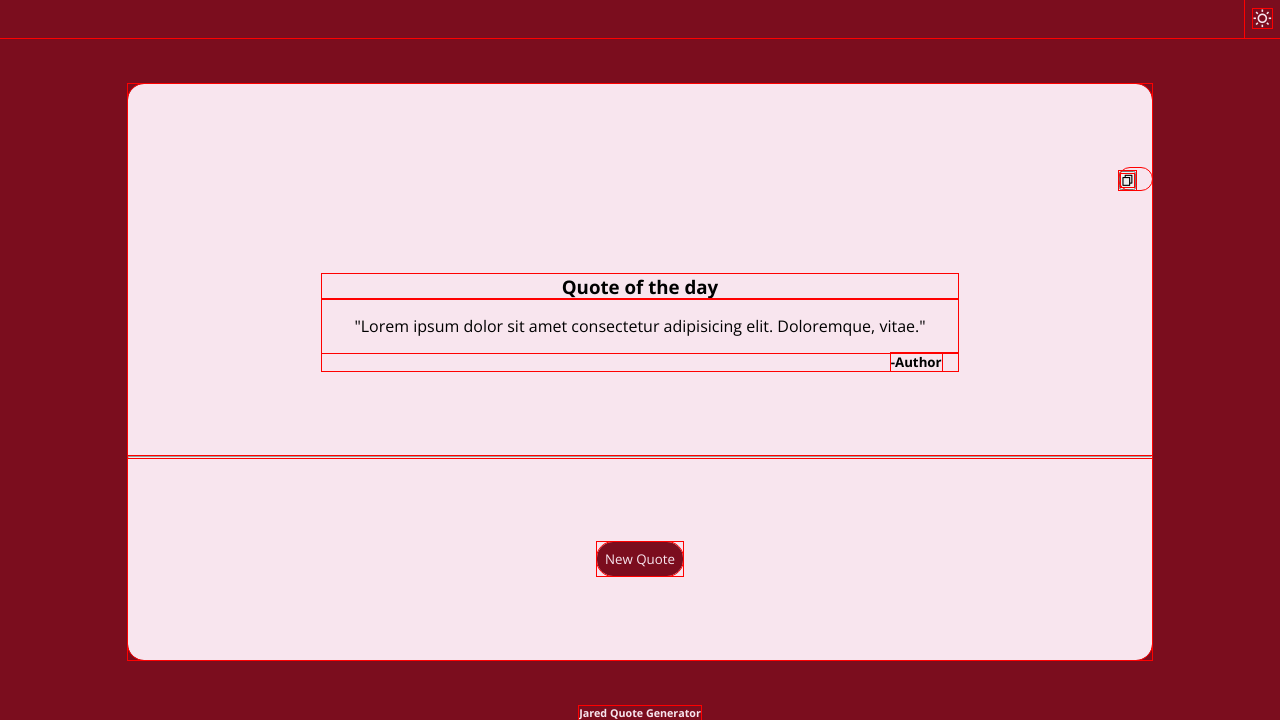
Repository: EguJaredoBoyd/Jared-Quote-Generator
Page: html/main.html
These files come from the project's save history. The page is drawn as it stood at one moment and after the next save; the edit follows.
The browser window is 1280 px wide. The pictures show the whole page.
Some web libraries are served in a nearby version.

Above is the page before, as saved 2026-01-09 20:41:38.

After the next save:
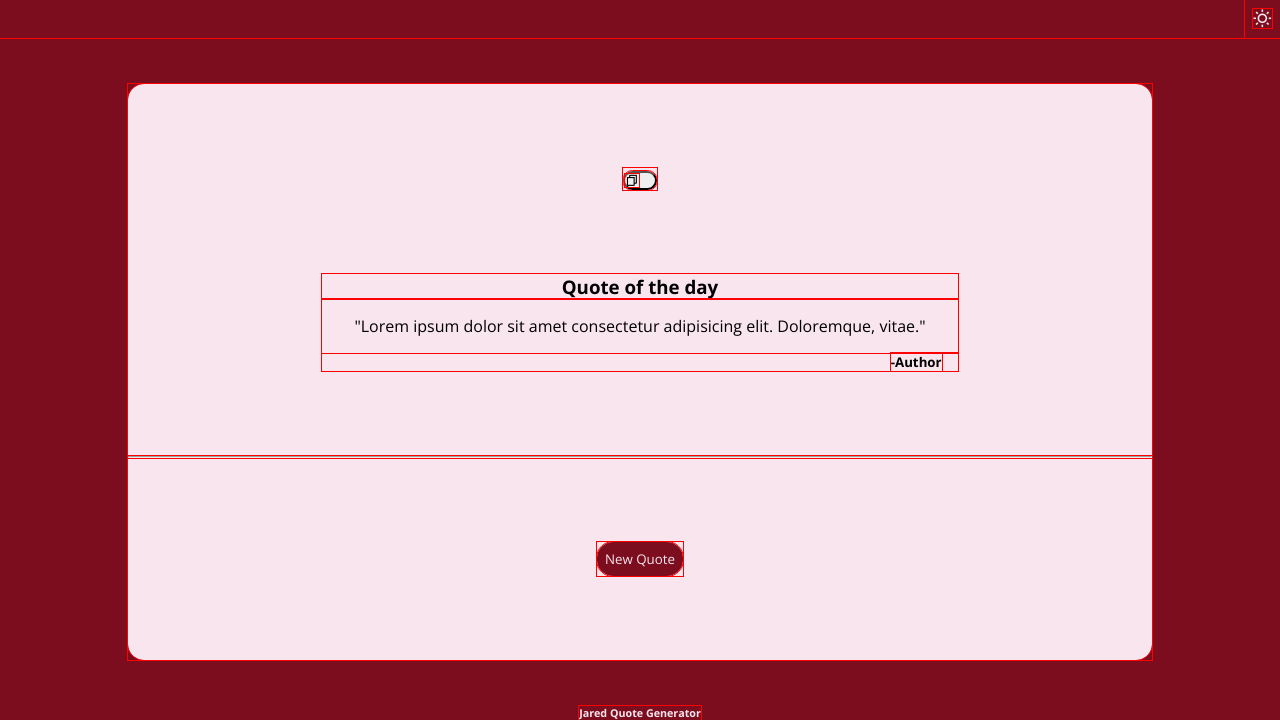
Saved 51 s later.
--- a/css/style.css
+++ b/css/style.css
@@ -63,7 +63,7 @@ header button {
   border-radius: 1rem;
 }
 
-.quote-container__copy {
+.quote-container__copy button {
   align-self: self-end;
   padding-right: 1rem;
   border-radius: 1rem;

After the save that followed:
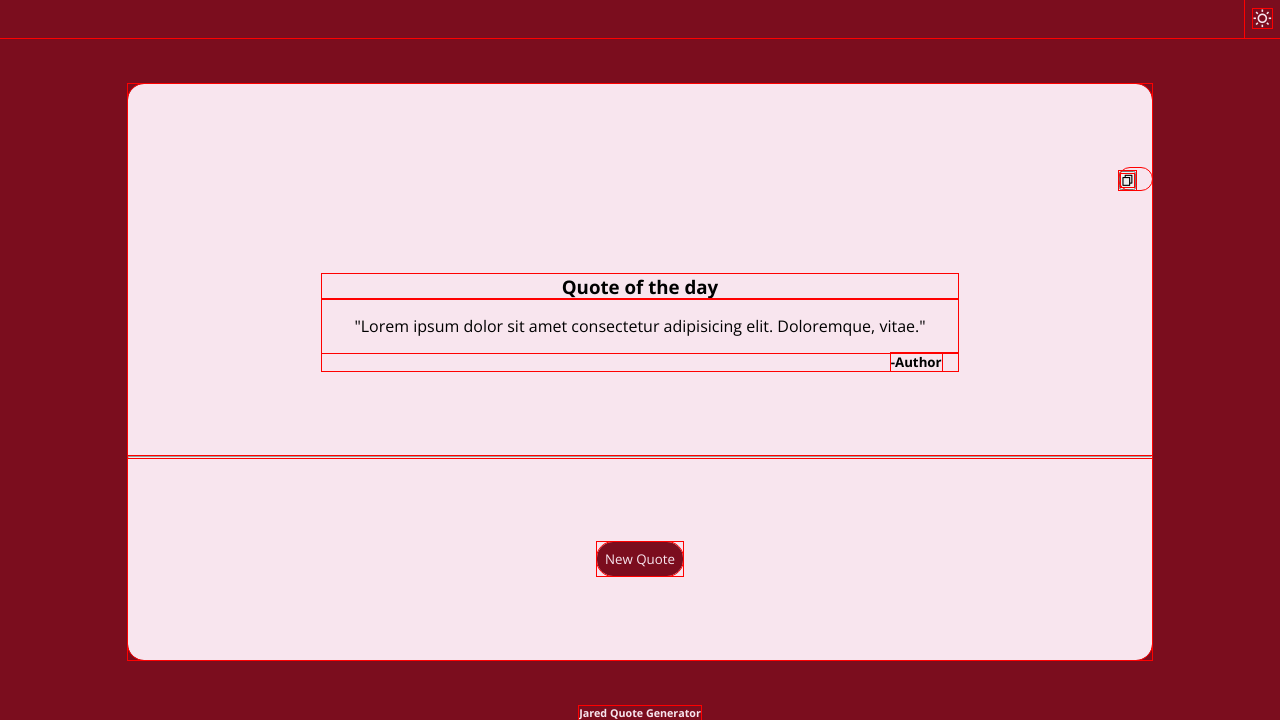
Saved 14 s later.
--- a/css/style.css
+++ b/css/style.css
@@ -63,7 +63,7 @@ header button {
   border-radius: 1rem;
 }
 
-.quote-container__copy button {
+.quote-container__copy {
   align-self: self-end;
   padding-right: 1rem;
   border-radius: 1rem;
